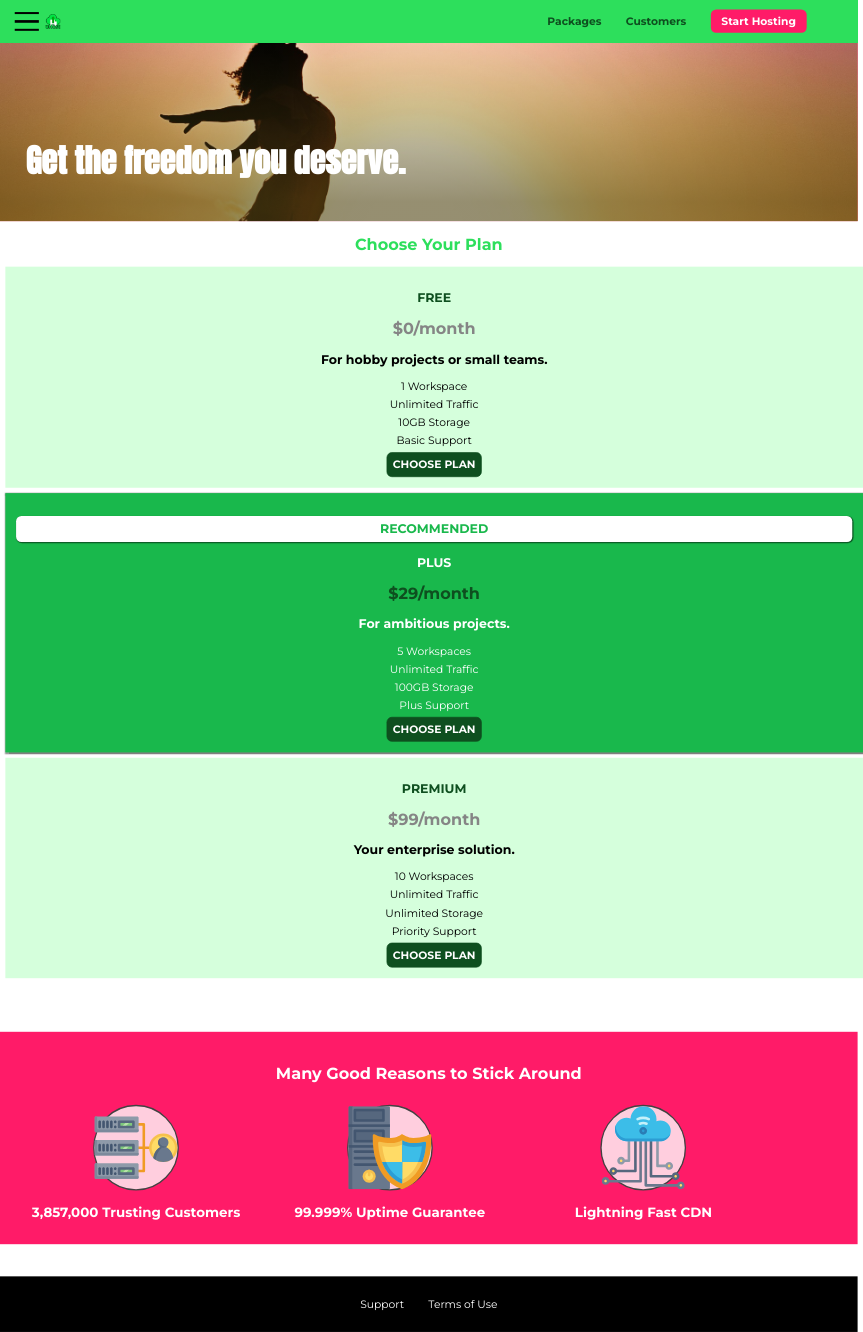
Repository: luacooli/css-course
Page: my_project/index.html
These files come from the project's save history. The page is drawn as it stood at one moment and after the next save; the edit follows.
The browser window is 1280 px wide. The page is 1288 px wide, then 1280 px, so the pictures cover 1288 px, including what lies to the right of the window. The pictures show the whole page, at 67% of full size.

Above is the page before, as saved 2020-09-16 06:57:37.

After the next save:
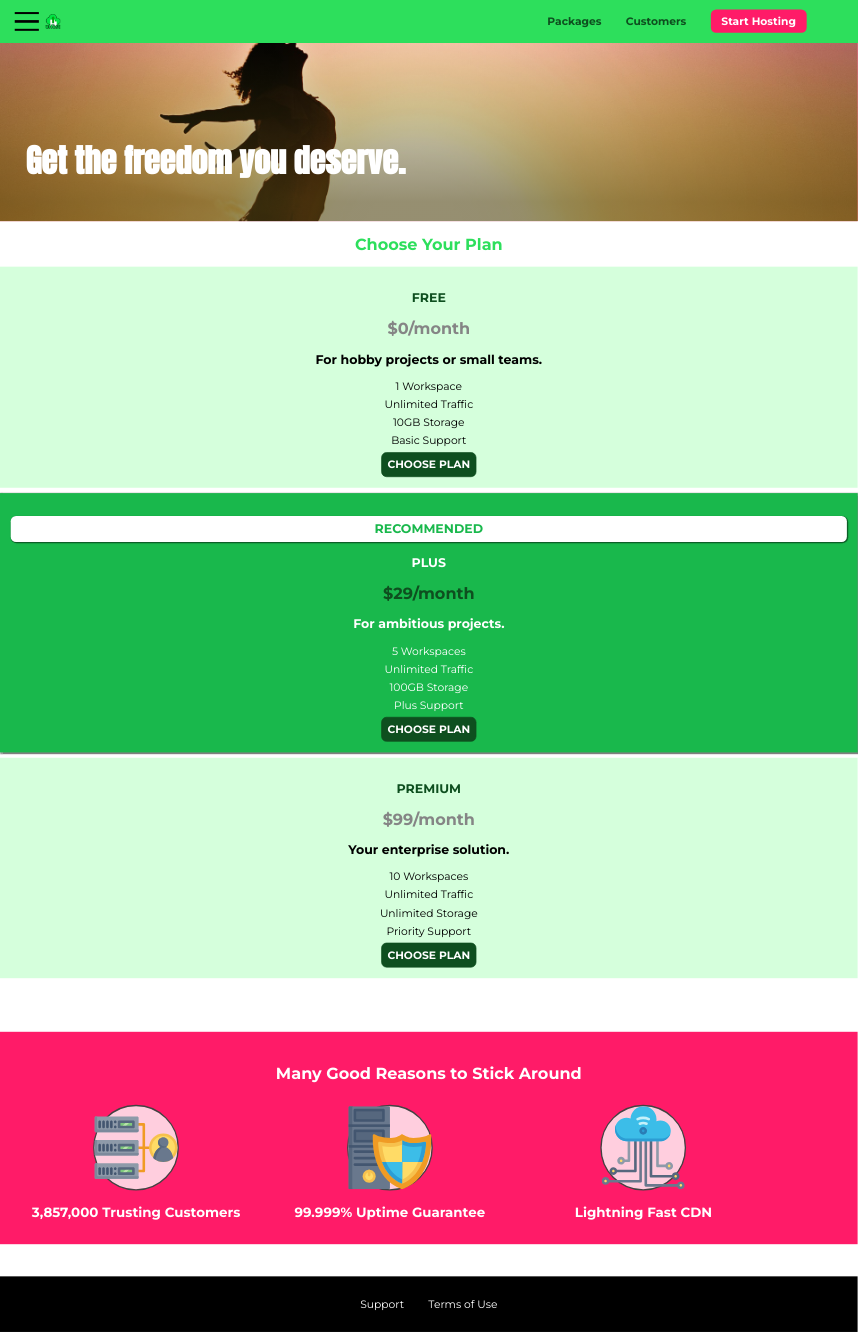
Saved 3 min 2 s later.
--- a/my_project/main.css
+++ b/my_project/main.css
@@ -50,8 +50,8 @@
 .plan {
   background: #d5ffdc;
   text-align: center;
-  padding: 16px;
-  margin: 8px;
+  padding: 1rem;
+  margin: .5rem 0;
   width: 100%;
   vertical-align: middle;
 }
